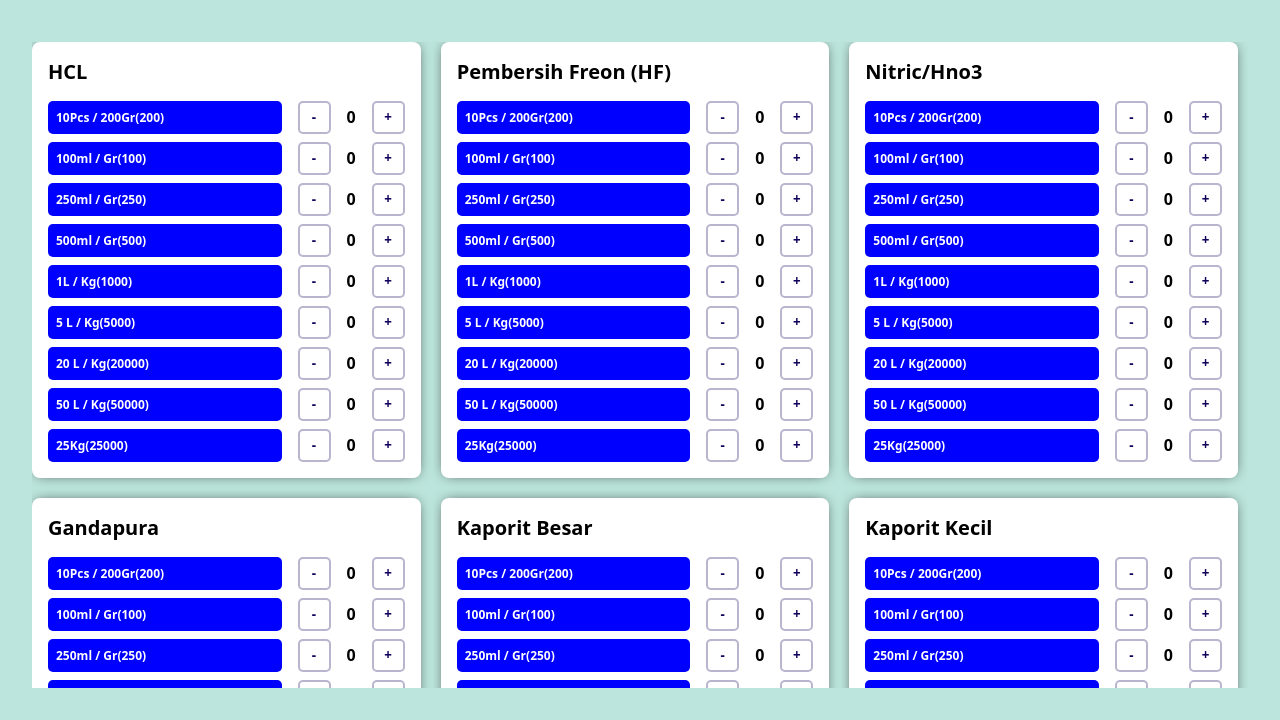
Repository: zuraniumlab-design/upstock-amsk
Page: /
An editor plug-in stored every save of this project. The page is shown before and after the next save, followed by the edit.
The browser window is 1280 px wide. The pictures show the whole page.
An inner scrolling area shows only its first screen. The project was rebuilt for these pictures with package versions that can differ from the ones it lists, and the page was loaded fresh each time. Also part of the build but not shown: vite.config.js.

Above is the page before, as saved 2026-06-18 17:05:19.

### index.html
<!doctype html>
<html lang="en">
  <head>
    <meta charset="UTF-8" />
    <link rel="icon" type="image/svg+xml" href="/favicon.svg" />
    <meta name="viewport" content="width=device-width, initial-scale=1.0" />
    <meta name="author" content="muhammad hakim ilahi">
    <title>UpStock</title>
  </head>
  <body>
    <div id="root"></div>
    <script type="module" src="/src/main.jsx"></script>
  </body>
</html>

### src/main.jsx
import { StrictMode } from 'react'
import { createRoot } from 'react-dom/client'
import './index.css'
import App from './App.jsx'
import { RouterProvider } from 'react-router-dom'
import router from './router.jsx'

createRoot(document.getElementById('root')).render(
  <RouterProvider router={router}></RouterProvider>
)

### src/index.css
* {
  box-sizing: border-box;
  font-family: system-ui, -apple-system, BlinkMacSystemFont, 'Segoe UI', Roboto, Oxygen, Ubuntu, Cantarell, 'Open Sans', 'Helvetica Neue', sans-serif;
}

body {
  margin: 0;
}

div {
  display: flex;
}

### src/router.jsx
import { createBrowserRouter } from "react-router-dom";
import App from "./App";


const router = createBrowserRouter([
  {
    element: <App />,
    path: '/'
  }
])

export default router

### src/App.module.css
.container {
  background-color: #bce6dd;
  height: 100vh;
  width: 100vw;
  padding: 2rem;
}

/*? SIDEBAR START */
.sidebar {

}
/*? SIDEBAR END */

.content {
  height: calc(100vh - 4rem);
  width: 100%;
  overflow: hidden;
  position: relative;
  flex-direction: column;
}

.head {
  height: 10px;
}

.items {
  height: 100%;
  width: calc(100vw - 4rem);
  padding-right: 10px;
  overflow-y: auto;
  overflow-x: hidden;
  gap: 20px;
  flex-wrap: wrap;
}
.item {
  background-color: #fff;
  padding: 1rem;
  border-radius: 8px;
  width: fit-content;
  min-width: 30vw;
  flex-direction: column;
  justify-content: space-between;
  flex: 1;
  gap: 1rem;
  box-shadow: 0 0 14px -4px #333;
}

.product {
  font-size: 20px;
  font-weight: bold;
}

.weights {
  justify-content: space-between;
  gap: 0.5rem;
  flex-direction: column;
  flex: 1;
}

.weight {
  gap: 1rem;
}

.display {
  flex: 1;
  background-color: blue;
  border-radius: 5px;
  color: white;
  font-weight: bold;
  font-size: 12px;
  align-items: center;
  padding: 0.5rem;
}
.display span {

}

.stock {
  align-items: center;
  justify-content: center;
  gap: 1rem;
}
.stock > * {
  font-weight: bold;
}
.stock button {
  background-color: #fff;
  border: 2px solid #12005b4a;
  height: 100%;
  aspect-ratio: 1 / 1;
  border-radius: 5px;
  display: flex;
  align-items: center;
  justify-content: center;
  color: #12005b;
  cursor: pointer;
}

Loaded but not shown: src/App.jsx (1545 lines, source omitted)

After the next save:
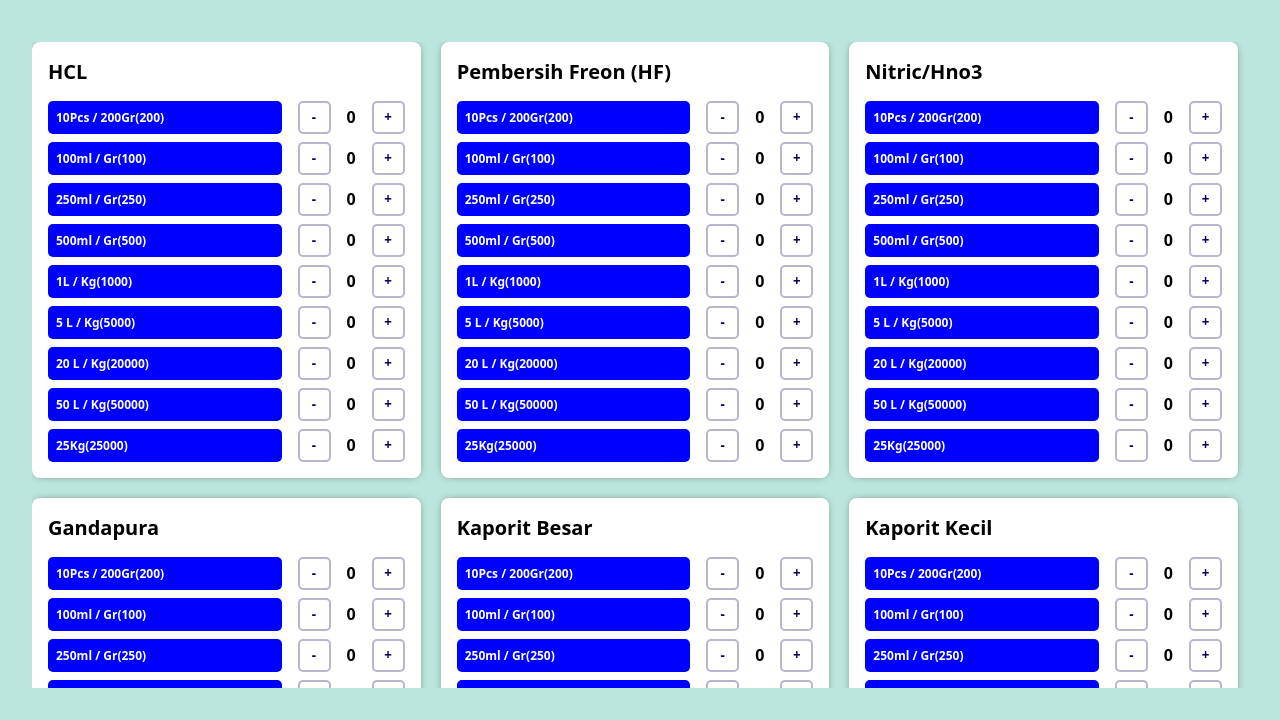
Saved 7 s later.
--- a/src/App.module.css
+++ b/src/App.module.css
@@ -42,7 +42,7 @@
   justify-content: space-between;
   flex: 1;
   gap: 1rem;
-  box-shadow: 0 0 14px -4px #333;
+  box-shadow: 0 0 10px -4px #333;
 }
 
 .product {
